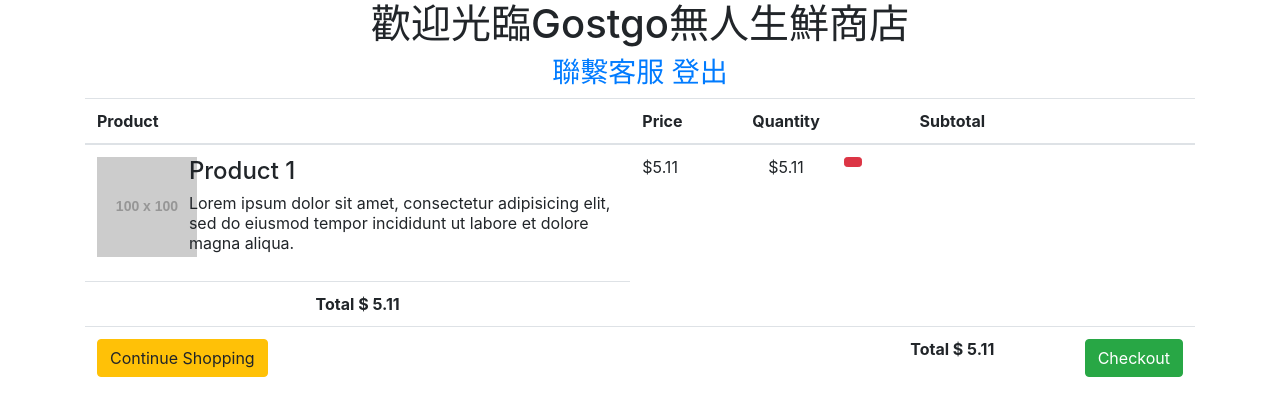
Repository: powerspd/III_AIOT05_team3_project
Page: http://localhost/this_is_demo/shopping.jsp
An editor plug-in stored every save of this project. The page is shown before and after the next save, followed by the edit.
The browser window is 1280 px wide. The pictures show the whole page.
The page is served by Tomcat 9. The template is opened directly, without the code that normally fills it, so the values that code supplies are empty.

Above is the page before, as saved 2020-01-25 06:38:03.

After the next save:
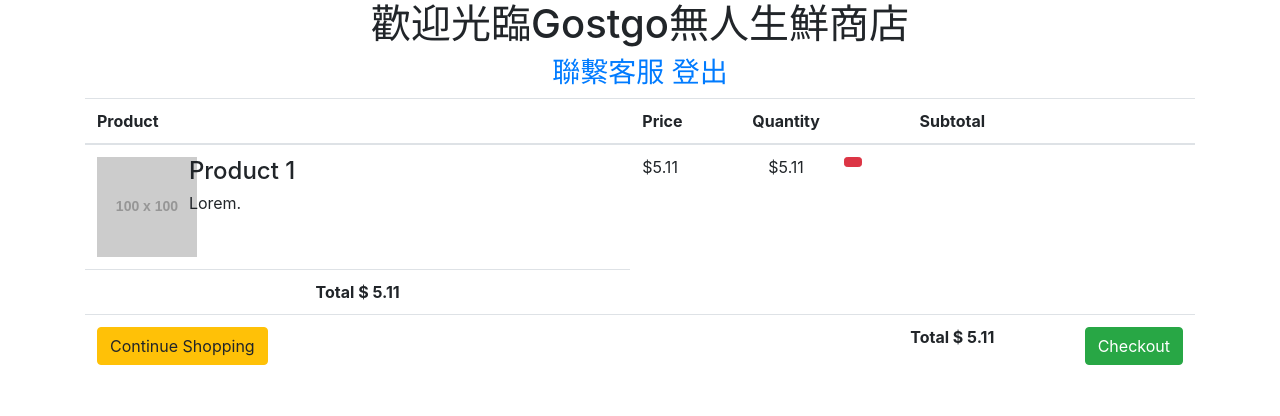
Saved 14 s later.
--- a/JavaWeb_Workspace/this_is_demo/WebContent/shopping.jsp
+++ b/JavaWeb_Workspace/this_is_demo/WebContent/shopping.jsp
@@ -39,8 +39,7 @@
             <div class="col-sm-2 hidden-xs"><img src="http://placehold.it/100x100" alt="..." class="img-responsive" /></div>
             <div class="col-sm-10">
               <h4 class="nomargin">Product 1</h4>
-              <p>Lorem ipsum dolor sit amet, consectetur adipisicing elit, sed do eiusmod
-tempor incididunt ut labore et dolore magna aliqua.</p>
+              <p>Lorem.</p>
             </div>
           </div>
         </td>
